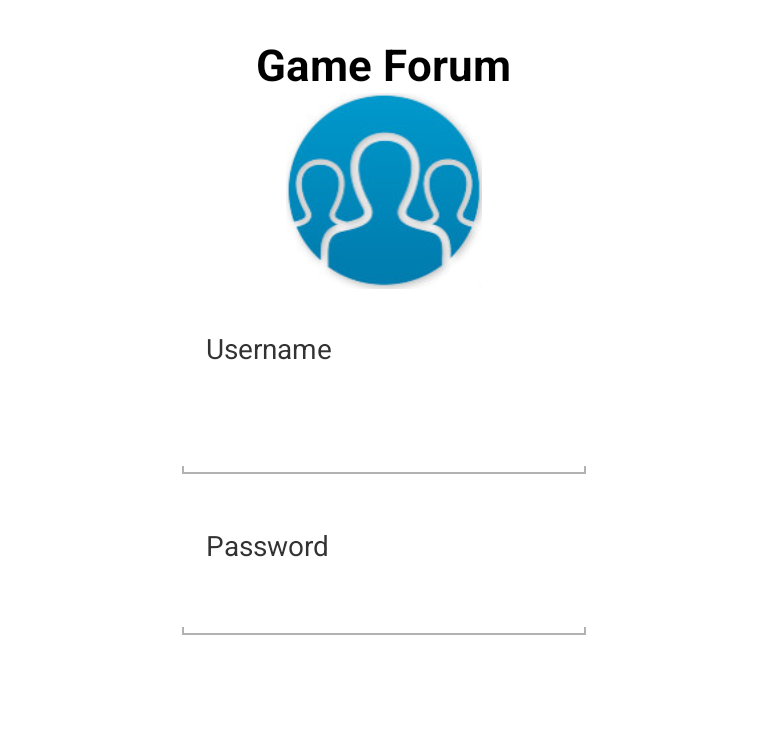
Repository: yuanpeixin/Project
Layout: GameForum/res/layout/login.xml
The author's editor kept a copy of each file at every save. The layout is drawn from the files as they stood at one save, then again after the next save.
The pictures show rows 0 to 739 of an output 1280 px tall.
Pictures or frames that could not be fetched are drawn as grey boxes. It is drawn on a 768 x 1280 px phone screen (xhdpi) without system bars, with theme AppTheme; the app's code is not run.

Above is the layout before, as saved 2015-10-05 02:31:33.

### GameForum/res/layout/login.xml
<?xml version="1.0" encoding="utf-8"?>
<RelativeLayout xmlns:android="http://schemas.android.com/apk/res/android"
    xmlns:ads="http://schemas.android.com/apk/res-auto"
    xmlns:tools="http://schemas.android.com/tools"
    android:layout_width="match_parent"
    android:layout_height="match_parent" >

    <TextView
        android:id="@+id/textView2"
        android:layout_width="wrap_content"
        android:layout_height="wrap_content"
        android:layout_alignParentTop="true"
        android:layout_centerHorizontal="true"
        android:layout_marginTop="17dp"
        android:gravity="center"
        android:text="Game Forum"
        android:textAppearance="?android:attr/textAppearanceLarge"
        android:textStyle="bold" />

    <ImageView
        android:id="@+id/imageView1"
        android:layout_width="wrap_content"
        android:layout_height="wrap_content"
        android:layout_below="@+id/textView2"
        android:layout_centerHorizontal="true"
        android:src="@drawable/forum_icon" />

    <TextView
        android:id="@+id/textView1"
        android:layout_width="wrap_content"
        android:layout_height="wrap_content"
        android:layout_alignLeft="@+id/TextView01"
        android:layout_below="@+id/imageView1"
        android:layout_marginTop="20dp"
        android:text="Username" />

    <TextView
        android:id="@+id/TextView01"
        android:layout_width="wrap_content"
        android:layout_height="wrap_content"
        android:layout_alignLeft="@+id/username"
        android:layout_below="@+id/username"
        android:layout_marginLeft="16dp"
        android:layout_marginTop="22dp"
        android:text="Password" />

    <EditText
        android:id="@+id/password"
        android:layout_width="wrap_content"
        android:layout_height="wrap_content"
        android:layout_below="@+id/TextView01"
        android:layout_centerHorizontal="true"
        android:ems="10"
        android:inputType="textPassword" />

    <EditText
        android:id="@+id/username"
        android:layout_width="wrap_content"
        android:layout_height="wrap_content"
        android:layout_alignLeft="@+id/password"
        android:layout_below="@+id/textView1"
        android:layout_marginTop="18dp"
        android:ems="10" />

    <Button
        android:id="@+id/register"
        android:layout_width="wrap_content"
        android:layout_height="wrap_content"
        android:layout_above="@+id/adView"
        android:layout_alignLeft="@+id/login"
        android:layout_alignRight="@+id/login"
        android:text="Register" />

    <Button
        android:id="@+id/login"
        android:layout_width="wrap_content"
        android:layout_height="wrap_content"
        android:layout_above="@+id/register"
        android:layout_alignLeft="@+id/password"
        android:layout_alignRight="@+id/username"
        android:text="Login" />

    <com.google.android.gms.ads.AdView
        android:id="@+id/adView"
        android:layout_width="wrap_content"
        android:layout_height="wrap_content"
        android:layout_alignParentBottom="true"
        android:layout_centerHorizontal="true"
        ads:adSize="BANNER"
        ads:adUnitId="ca-app-pub-3673983865885023/6245257391" >
    </com.google.android.gms.ads.AdView>

</RelativeLayout>

### GameForum/res/values/styles.xml
<resources>

    <!--
        Base application theme, dependent on API level. This theme is replaced
        by AppBaseTheme from res/values-vXX/styles.xml on newer devices.
    -->
    <style name="AppBaseTheme" parent="android:Theme.Light">
        <!--
            Theme customizations available in newer API levels can go in
            res/values-vXX/styles.xml, while customizations related to
            backward-compatibility can go here.
        -->
    </style>

    <!-- Application theme. -->
    <style name="AppTheme" parent="AppBaseTheme">
        <!-- All customizations that are NOT specific to a particular API-level can go here. -->
    </style>



    <style name="WhiteText">
        <item name="android:layout_width">fill_parent</item>
        <item name="android:layout_height">wrap_content</item>
        <item name="android:textColor">#ffffff</item>
        <item name="android:gravity">center</item>
        <item name="android:layout_margin">1dp</item>
        <item name="android:textSize">18sp</item>
        <item name="android:textStyle">bold</item>
        <item name="android:shadowColor">#000000</item>
        <item name="android:shadowDx">1</item>
        <item name="android:shadowDy">1</item>
        <item name="android:shadowRadius">2</item>
    </style>

      <style name="BlackText">
        <item name="android:layout_width">fill_parent</item>
        <item name="android:layout_height">wrap_content</item>
        <item name="android:textColor">#000000</item>
        <item name="android:gravity">center</item>
        <item name="android:layout_margin">5dp</item>
        <item name="android:textSize">25sp</item>
        <item name="android:textStyle">bold</item>
        <item name="android:shadowColor">#ffffff</item>
        <item name="android:shadowDx">1</item>
        <item name="android:shadowDy">1</item>
        <item name="android:shadowRadius">2</item>
    </style>

</resources>

Loaded but not shown: GameForum/res/values-v11/styles.xml (common file); GameForum/res/values-v14/styles.xml (common file)

After the next save:
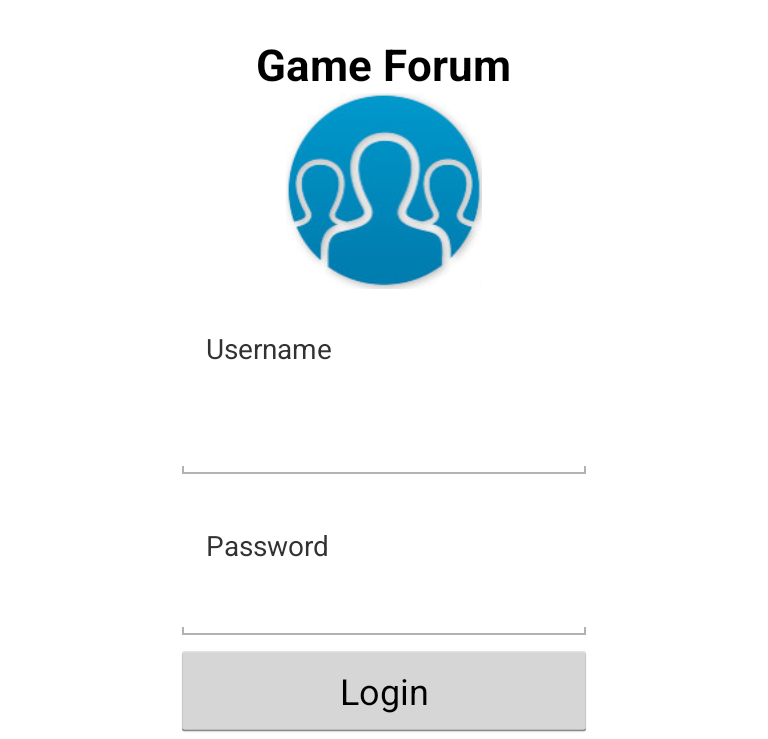
Saved 2 min 36 s later.
--- a/GameForum/res/layout/login.xml
+++ b/GameForum/res/layout/login.xml
@@ -66,18 +66,18 @@
         android:id="@+id/register"
         android:layout_width="wrap_content"
         android:layout_height="wrap_content"
-        android:layout_above="@+id/adView"
         android:layout_alignLeft="@+id/login"
         android:layout_alignRight="@+id/login"
+        android:layout_below="@+id/login"
         android:text="Register" />
 
     <Button
         android:id="@+id/login"
         android:layout_width="wrap_content"
         android:layout_height="wrap_content"
-        android:layout_above="@+id/register"
         android:layout_alignLeft="@+id/password"
         android:layout_alignRight="@+id/username"
+        android:layout_below="@+id/password"
         android:text="Login" />
 
     <com.google.android.gms.ads.AdView
@@ -86,6 +86,7 @@
         android:layout_height="wrap_content"
         android:layout_alignParentBottom="true"
         android:layout_centerHorizontal="true"
+        android:layout_below="@+id/login"
         ads:adSize="BANNER"
         ads:adUnitId="ca-app-pub-3673983865885023/6245257391" >
     </com.google.android.gms.ads.AdView>
